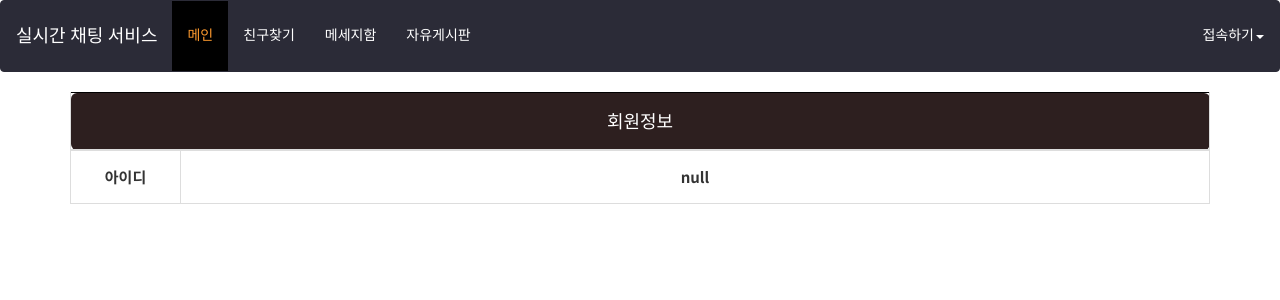
Repository: kkoseunghyun/javaAjaxChat
Page: http://localhost/UserChat/userStatus.jsp
These files come from the project's save history. The page is drawn as it stood at one moment and after the next save; the edit follows.
The browser window is 1280 px wide. The pictures show the whole page.
Some web fonts or font styles are not loaded; a fallback is used. Some web libraries are served in a nearby version. The page is served by Tomcat 9. Queries for data that is not in the repository find no rows.

Above is the page before, as saved 2019-07-13 09:23:34.

After the next save:
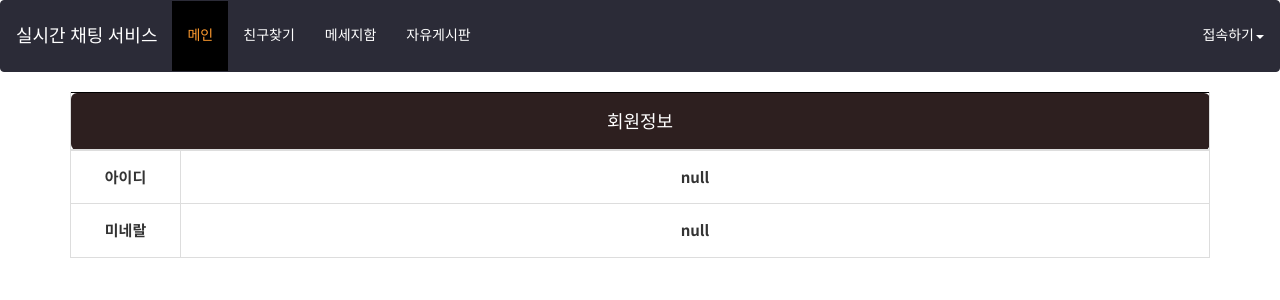
Saved 46 s later.
--- a/JspAjax/UserChat/WebContent/userStatus.jsp
+++ b/JspAjax/UserChat/WebContent/userStatus.jsp
@@ -119,6 +119,10 @@
 					<td style="width: 110px;"><h5>아이디</h5></td>
 					<td><h5><%= user.getUserID() %></h5>
 				</tr>
+				<tr>
+					<td style="width: 110px;"><h5>미네랄</h5></td>
+					<td><h5><%= user.getUserID() %></h5>
+				</tr>
 			</tbody>
 		</table>
 
